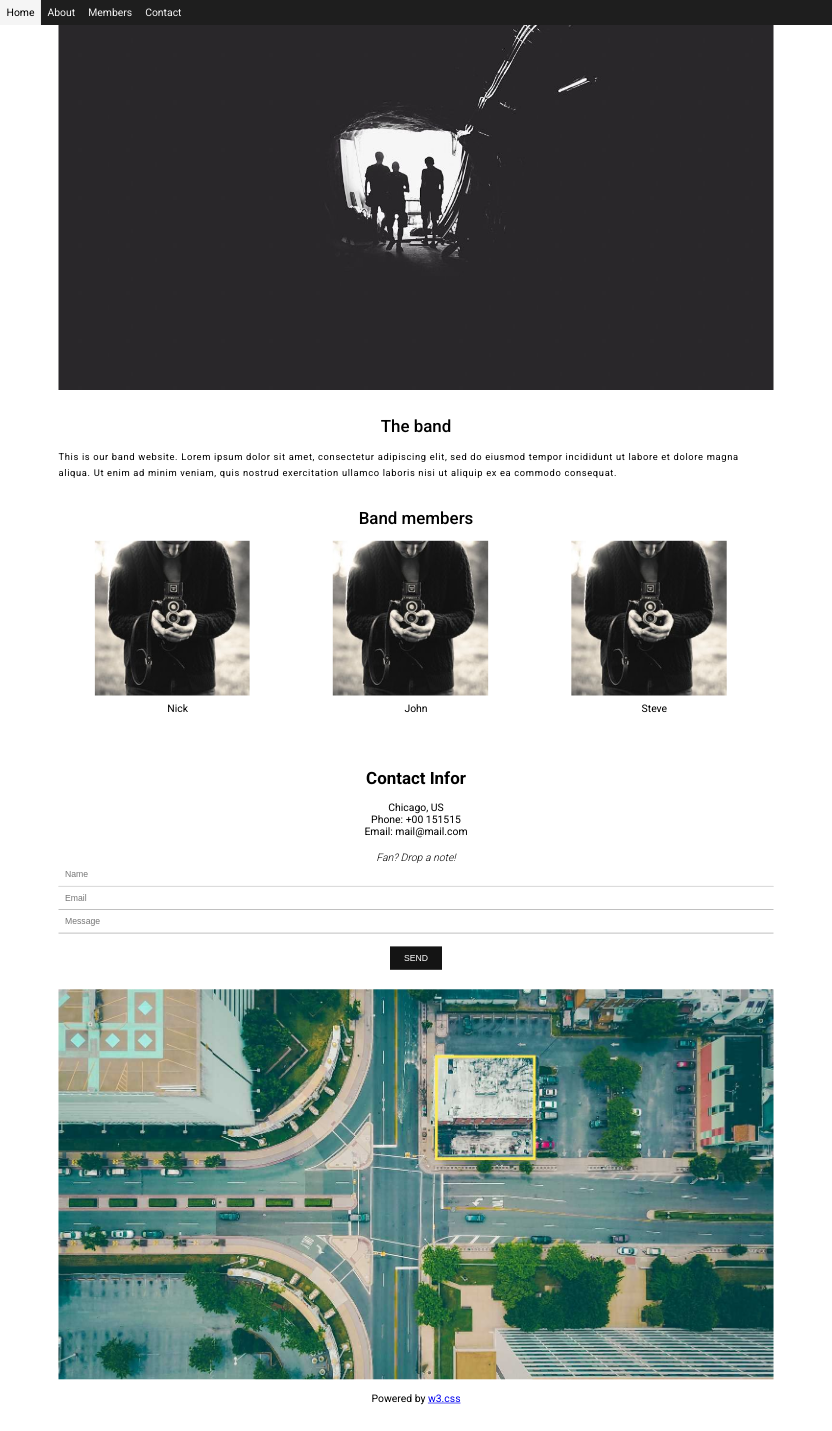
Repository: hieu-22/w3_band_UI
Page: index.html
These files come from the project's save history. The page is drawn as it stood at one moment and after the next save; the edit follows.
The browser window is 1280 px wide. The pictures show the whole page, at 65% of full size.

Above is the page before, as saved 2022-12-30 11:30:10.

### index.html
<!DOCTYPE html>
<html lang="en">
<head>
    <meta charset="UTF-8">
    <meta http-equiv="X-UA-Compatible" content="IE=edge">
    <meta name="viewport" content="width=device-width, initial-scale=1.0">
    <title>The band - by w3school</title>
    <script src="scr/main.js" defer></script>
    <link rel="stylesheet" href="assets/css/style.css">
    <link rel="preconnect" href="https://fonts.googleapis.com"><link rel="preconnect" href="https://fonts.gstatic.com" crossorigin><link href="https://fonts.googleapis.com/css2?family=Roboto:wght@100;300;400;500;700&display=swap" rel="stylesheet">
</head>
<body>
    <header class="header">
        <nav class="navigation-bar">
            <ul class="navigation-bar__list">
                <li class="navigation-bar__list-item">
                    Home
                </li>
                <li class="navigation-bar__list-item">
                    About
                </li>
                <li class="navigation-bar__list-item">
                    Members
                </li>
                <li class="navigation-bar__list-item">
                    Contact
                </li>
            </ul>
        </nav>
        <div class="banner"></div>
    </header>

    <main class="content">
        <div class="content__about">
            <h2 class="content__about-name">The band</h2>
            <p class="content__about-description"> This is our band website. Lorem ipsum dolor sit amet, consectetur adipiscing elit, sed do eiusmod tempor incididunt ut labore et dolore magna aliqua. Ut enim ad minim veniam, quis nostrud exercitation ullamco laboris nisi ut aliquip ex ea commodo consequat.
            </p>
        </div>
        <!-- end about -->

        <div class="content__members">
            <h2 class="content__members-header">Band members</h2>
            <div class="content__members-container">
                <div class="member">
                    <div class="member__img">
                        <img src="/assets/img/img_bandmember.jpg" alt="band member">
                    </div>
                    <p class="member__name">Nick</p>
                </div>
                <!-- member1 -->
                <div class="member">
                    <div class="member__img">
                        <img src="/assets/img/img_bandmember.jpg" alt="band member">
                    </div>
                    <p class="member__name">John</p>
                </div>
                <!-- member2 -->
                <div class="member">
                    <div class="member__img">
                        <img src="/assets/img/img_bandmember.jpg" alt="band member">
                    </div>
                    <p class="member__name">Steve</p>
                </div>
                <!-- member3 -->
            </div>
        </div>
        <!-- end members -->
        <div class="content__contact-infor">
            <h2 class="contact-infor__header">Contact Infor</h2>
            <address class="contact-infor__address">
                Chicago, US</br>
                Phone: +00 151515</br>
                Email: mail@mail.com
            </address>
            <div class="contact-infor__form">
                <h3 class="contact-infor__form-title">Fan? Drop a note!</h3>
            <form action="#">
                <input type="text" placeholder="Name" name="name">
                <input type="email" placeholder="Email">
                <input type="text" placeholder="Message">
                <button type="submit">SEND</button>
            </form>
            </div>
            <div class="contact-infor__banner"></div>
        </div>
    </main>

    <footer class="footer">
        <p>Powered by <a href="#">w3.css</a></p>
    </footer>
</body>
</html>

### scr/main.js

const banner = document.querySelector('.banner')
let currentBanner = 'banner1'

function changeBanner() {
    if(currentBanner == 'banner1') {
        banner.classList.remove('banner-picture1')
        banner.classList.add('banner-picture2')
        currentBanner = 'banner2'
    } else if(currentBanner == 'banner2') {
        banner.classList.remove('banner-picture2')
        banner.classList.add('banner-picture3')
        currentBanner = 'banner3'
    } else {
        banner.classList.remove('banner-picture3')
        currentBanner = 'banner1'
    }
}

setInterval(changeBanner, 1500)

### assets/css/style.css
* {
    box-sizing: border-box;
    padding: 0;
    margin: 0;

}

html {
    font-family: 'Roboto', sans-serif;
    font-size: 16px;
    width: 1100px;
    margin: auto;
}

.header {
    height: 600px;
}

.navigation-bar {
    position: fixed;
    top: 0;
    left: 0;
    width: 100%;
    background-color: rgb(30, 30, 30);
}

.navigation-bar__list {
    display: flex;
    justify-content: flex-start;
    align-items: center;
    border-radius: 2px;
    list-style-type: none;
}

.navigation-bar__list-item {
    padding: 10px;
    color: whitesmoke;
}

.navigation-bar__list-item:hover {
    background-color: whitesmoke;
    color: black;
    cursor: pointer;
}

.banner {
    height: 100%;
    width: auto;
    background-size: cover;
    background-image: url('../img/img_la.jpg');
}

.banner-picture2 {
    background-image: url('../img/img_ny.jpg');
}
.banner-picture3 {
    background-image: url('../img/img_ch.jpg');
}

/* main content */
.content__about {
    margin-top: 20px;
}

.content__about-name {
    font-weight: 500;
    text-align: center;
    font-size: 26px;
    padding: 20px 0;
}

.content__about-description {
    letter-spacing: 1px;
    line-height: 26px;
    font-size: 0.9rem;
}
/* end about */

.content__members {
    height: 400px;
    margin-top: 20px;
}
.content__members-header {
    font-weight: 500;
    text-align: center;
    width: 100%;
    padding: 20px 0;
    font-size: 26px;
}
.content__members-container {
    display: flex;
    justify-content: space-around;
}

.member__img {
    height: 80%;
}

.member__img img {
    height: 100%;
}

.member__name {
    text-align: center;
    padding: 10px;
}
/* end member */

.content__contact-infor {
    margin-top: 20px;
}

.content__contact-infor .contact-infor__header {
    margin: 20px 0;
    text-align: center;
    font-size: 26px;
}

.content__contact-infor .contact-infor__address {
    margin: 20px 0;
    text-align: center;
    font-style: normal;
}
/* end contact address */

.content__contact-infor .contact-infor__form-title {
    font-style: italic;
    font-weight: 300;
    font-size: 16px;
    text-align: center;
}

input {
    width: 100%;
    padding: 10px;
    border: none;
    border-bottom: 1px solid rgb(158, 158, 158);
}

input:focus {
    border: 1px solid black;
}

button {
    position: relative;
    left: 50%;
    top: 20px;
    transform: translateX(-50%);

    width: 80px;
    height: 36px;
    border: none;

    background-color: rgb(20, 20, 20);
    color: white;

    cursor: pointer;
}

button:hover {
    background-color: rgb(196, 198, 199);
    color: black;
}
/* end contact form */

.contact-infor__banner {
    height: 600px;
    width: auto;
    margin-top: 50px;
    background-image: url(../img/map.jpg);
    background-size: cover;
}

.footer {
    margin: 20px 0 40px 0;
}

.footer p {
    text-align: center;
}

After the next save:
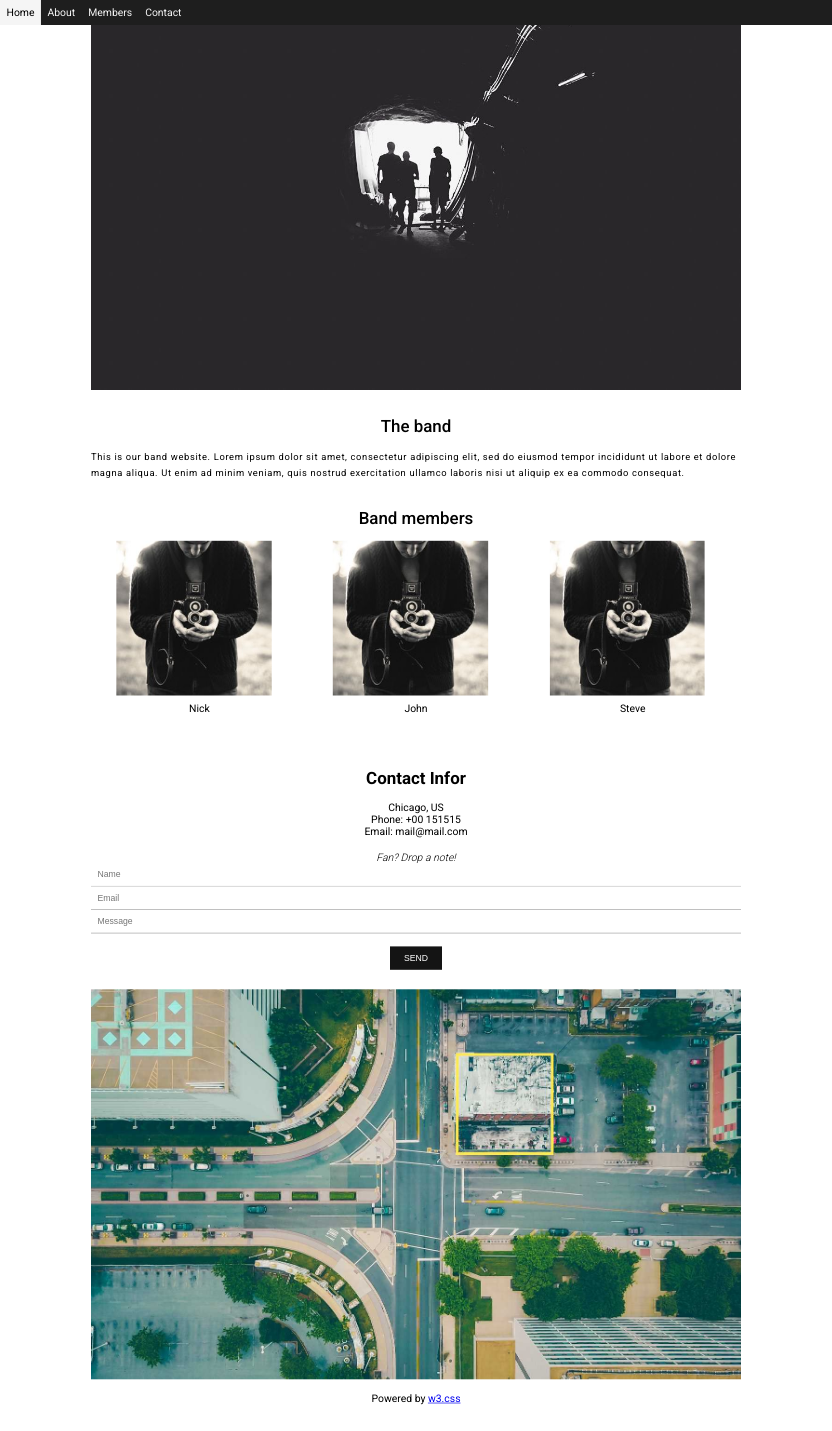
Saved 2 h 2 min later.
--- a/assets/css/style.css
+++ b/assets/css/style.css
@@ -8,7 +8,7 @@
 html {
     font-family: 'Roboto', sans-serif;
     font-size: 16px;
-    width: 1100px;
+    width: 1000px;
     margin: auto;
 }
 
